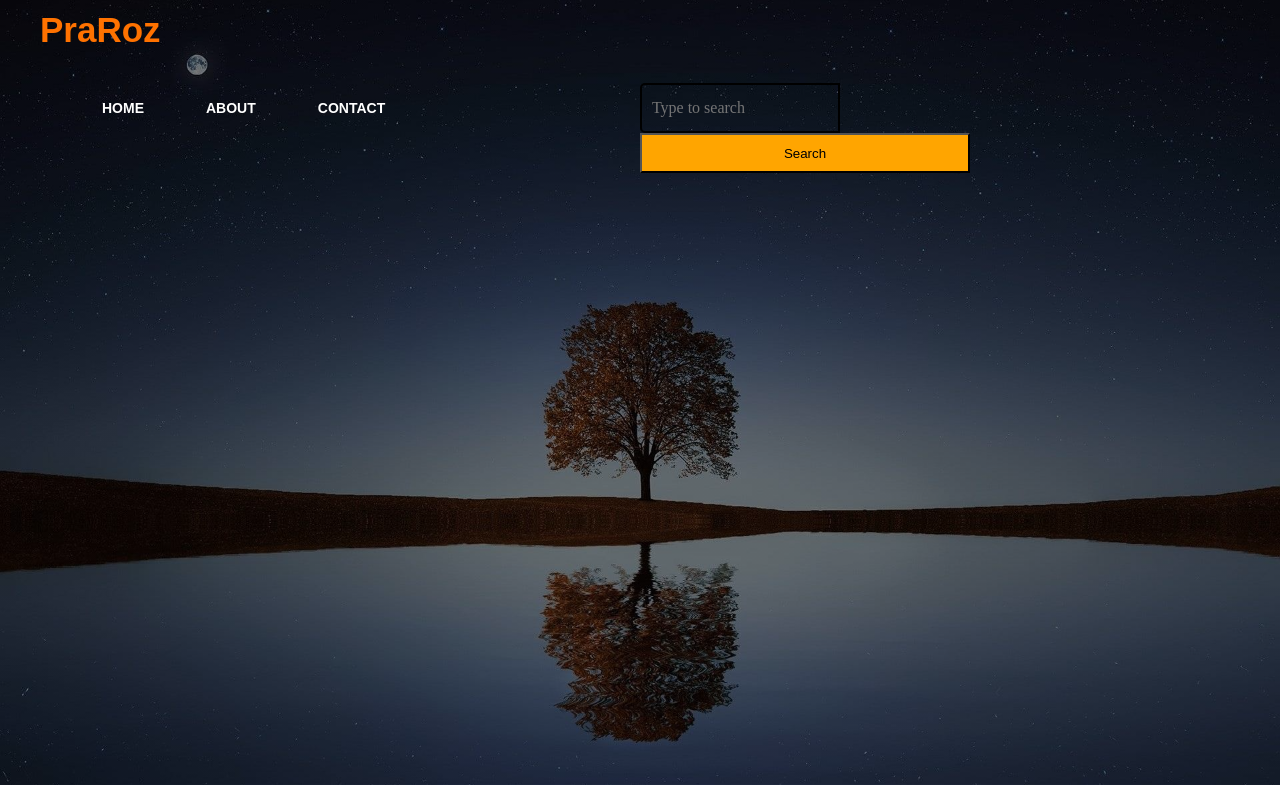
Repository: Cedrqmwesigwa/web-design-course
Page: index.html
An editor plug-in stored every save of this project. The page is shown before and after a run of saves, followed by the edit.
The browser window is 1280 px wide. The pictures show the whole page.

Above is the page before, as saved 2024-04-03 20:07:48.

After the next 2 saves:
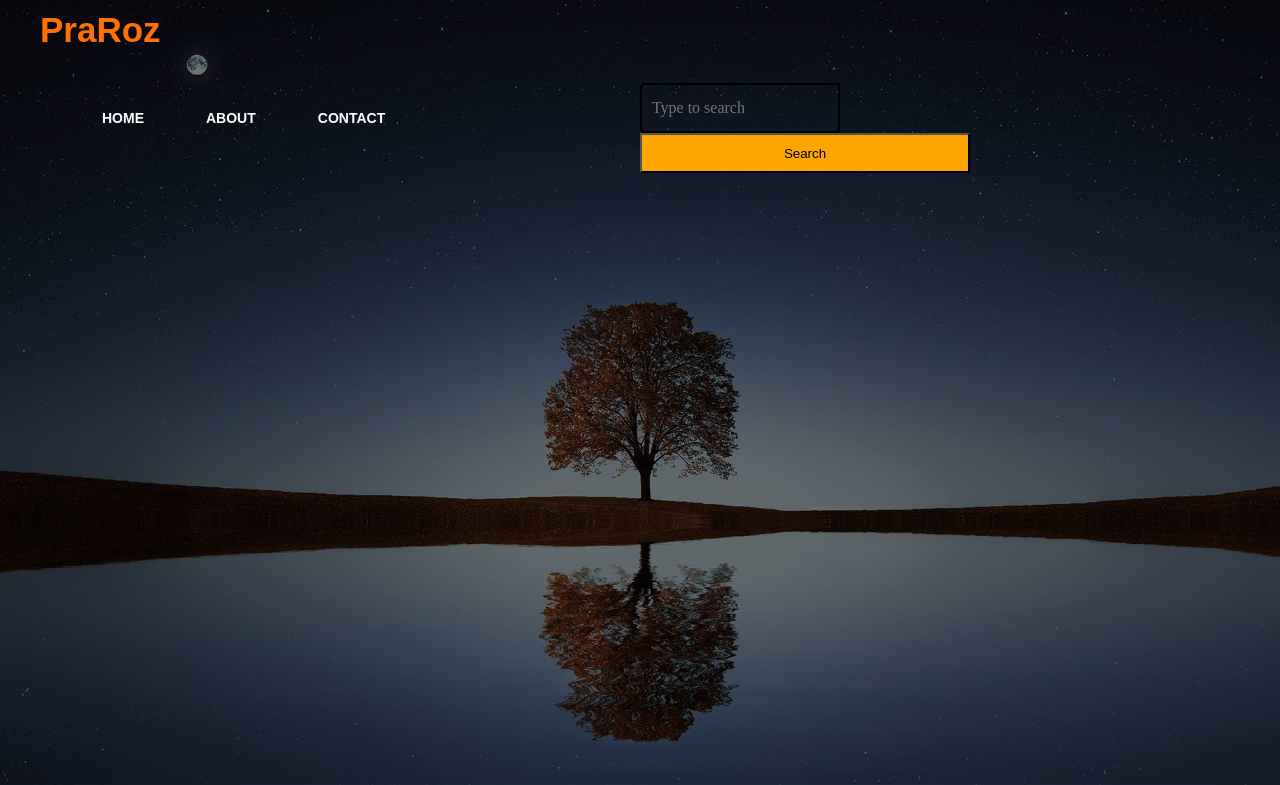
The 2 saves are shown as one change because they came seconds apart.
The last was saved 22 s later.
--- a/style.css
+++ b/style.css
@@ -47,7 +47,7 @@ ul{
 ul li{
     list-style: none;
     margin-left: 62px;
-    margin-top: 30px;
+    margin-top: 40px;
     font-size: 14px;
 }
 
